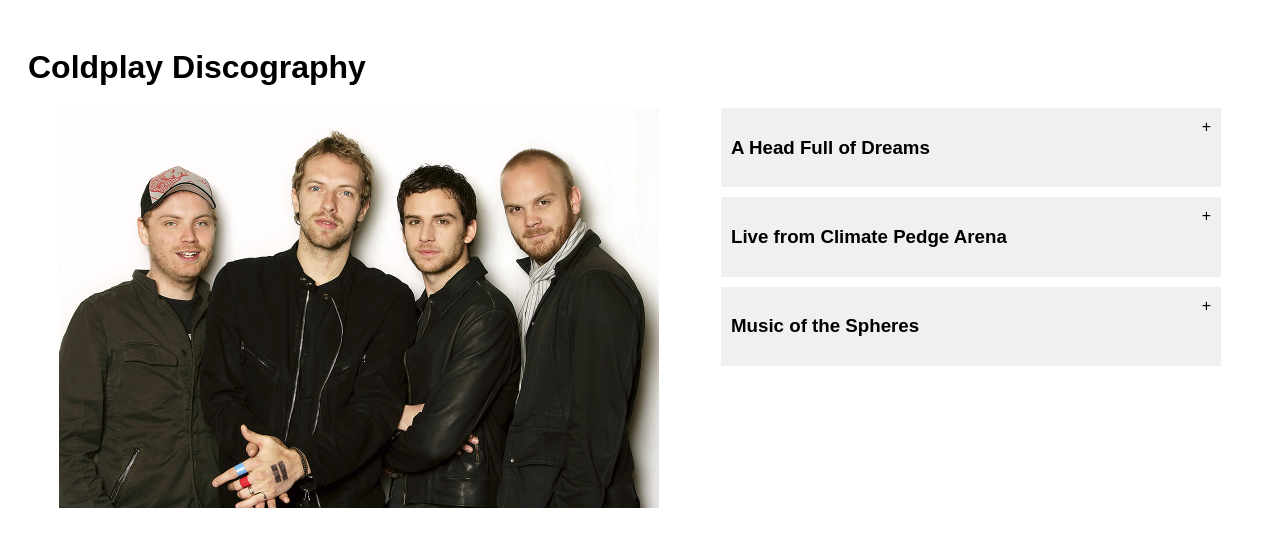
Repository: MelissaJacobi/Frontend-lab-1
Page: /
These files come from the project's save history. The page is drawn as it stood at one moment and after the next save; the edit follows.
The browser window is 1280 px wide. The pictures show the whole page.
The project was rebuilt for these pictures with package versions that can differ from the ones it lists, and the page was loaded fresh each time. Also part of the build but not shown: vite.config.js.

Above is the page before, as saved 2024-09-11 20:01:13.

After the next save:
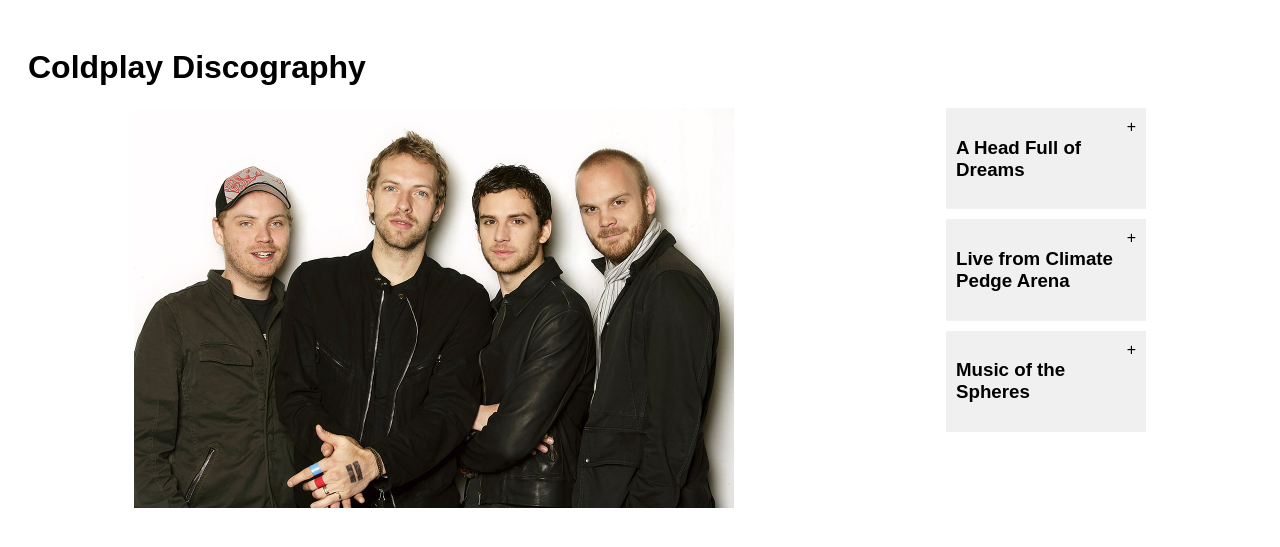
Saved 11 s later.
--- a/src/index.css
+++ b/src/index.css
@@ -4,7 +4,7 @@
 }
 
 .accordion {
-  width: 500px;
+  width: 200px;
   margin: 0 auto;
 }
 
